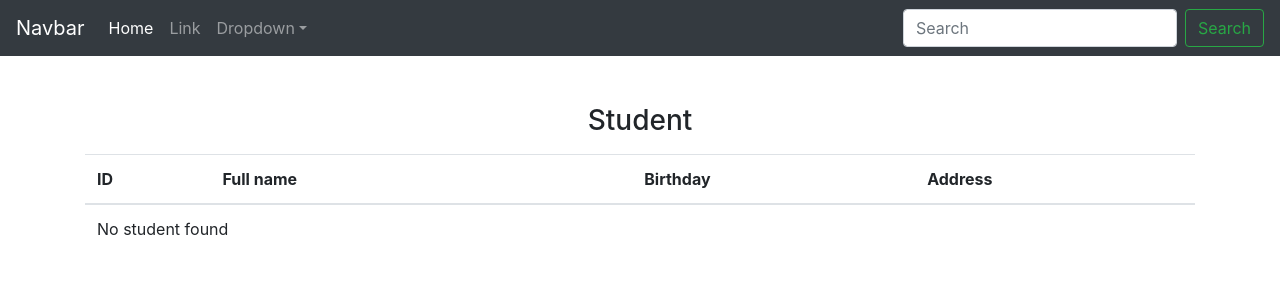
Repository: HungRau/TLU3675-php-laravel
Page: http://localhost/student-manage
These files come from the project's save history. The page is drawn as it stood at one moment and after the next save; the edit follows.
The browser window is 1280 px wide. The pictures show the whole page.
The page is served by the project's Laravel application, run on PHP 8.4 with Laravel 9. Queries for data that is not in the repository find no rows.

Above is the page before, as saved 2022-10-15 19:13:35.

After the next save:
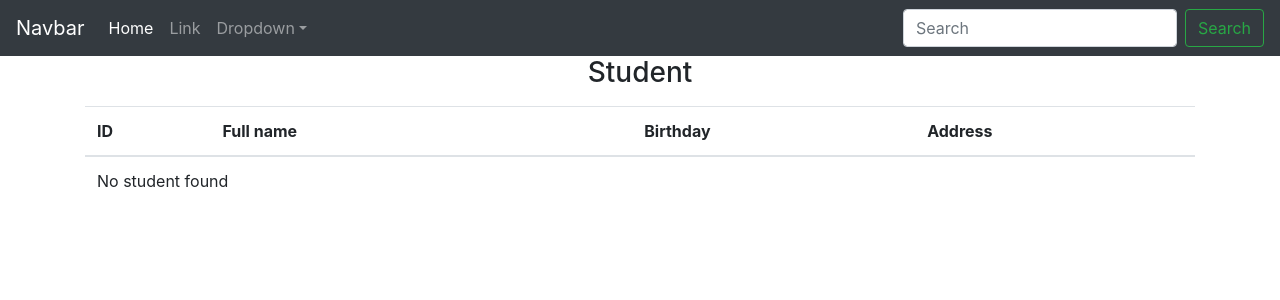
Saved 10 s later.
--- a/resources/views/student_manage.blade.php
+++ b/resources/views/student_manage.blade.php
@@ -39,7 +39,7 @@
     {{--  --}}
     <div class="container">
         <div class="row">
-            <div class="col-12 text-center pt-5">
+            <div class="col-12 text-center">
                 {{-- <div class="text-left"><a href="product/create" class="btn btn-outline-primary">Add new
                     product</a></div> --}}
                 <div >

After the 2 saves that followed:
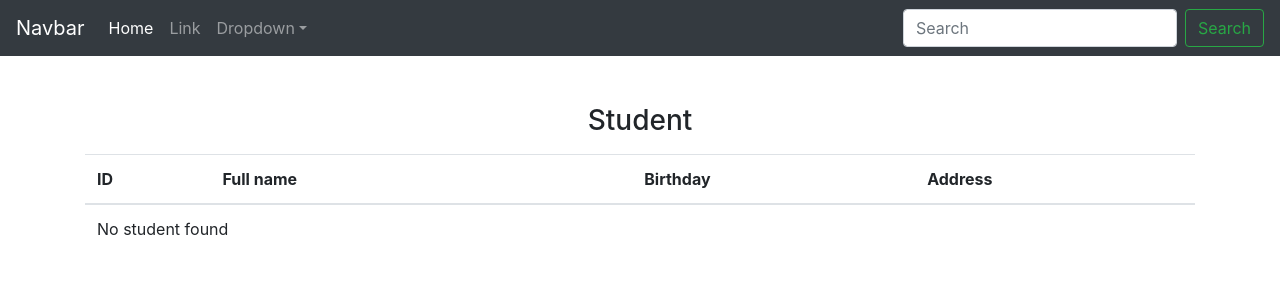
The 2 saves are shown as one change because 1 left the picture as it was.
The last was saved 63 s later.
--- a/resources/views/student_manage.blade.php
+++ b/resources/views/student_manage.blade.php
@@ -39,7 +39,7 @@
     {{--  --}}
     <div class="container">
         <div class="row">
-            <div class="col-12 text-center">
+            <div class="col-12 text-center pt-5">
                 {{-- <div class="text-left"><a href="product/create" class="btn btn-outline-primary">Add new
                     product</a></div> --}}
                 <div >
